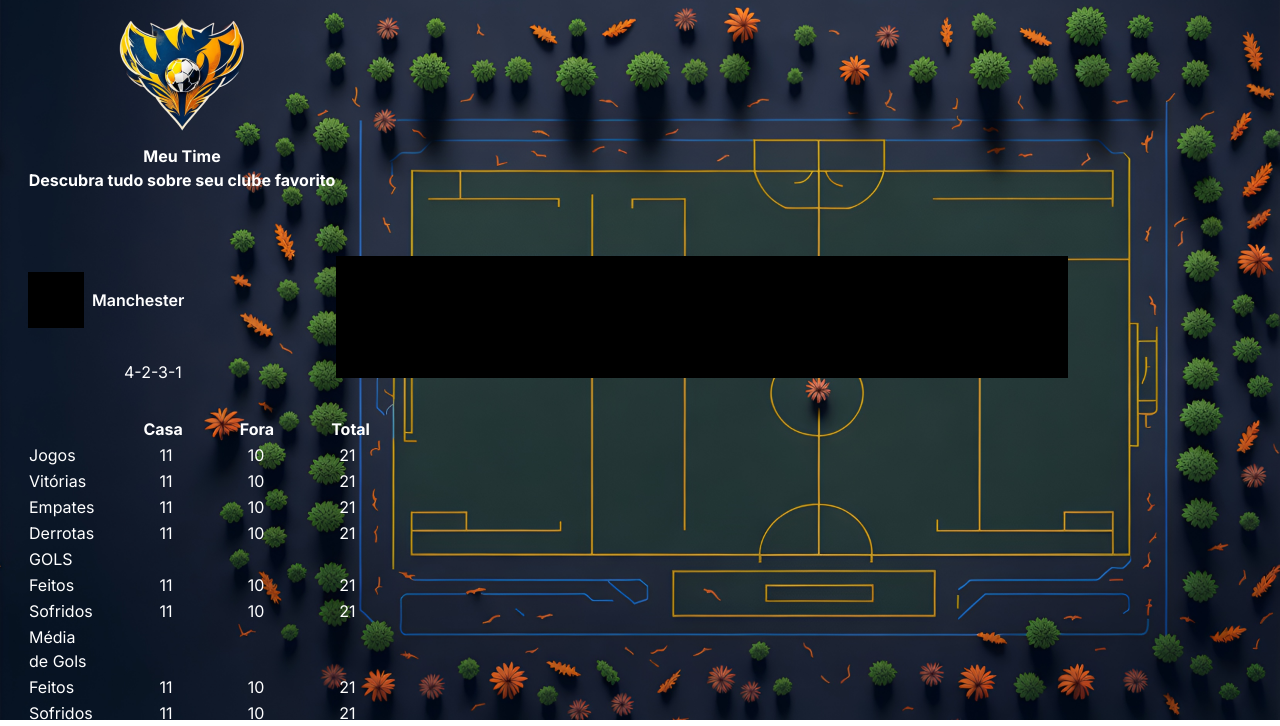
Repository: LuizAGDomingues/MeuTimeApp
Page: /statistics
The author's editor kept a copy of each file at every save. The page is drawn from the files as they stood at one save, then again after the next save.
The browser window is 1280 px wide. The pictures show the whole page.
The project was rebuilt for these pictures with package versions that can differ from the ones it lists, and the page was loaded fresh each time. The framework's server and built-in components were replaced by stand-ins that run in the browser. Also part of the build but not shown: next.config.js.

Above is the page before, as saved 2023-05-26 14:17:54.

After the next save:
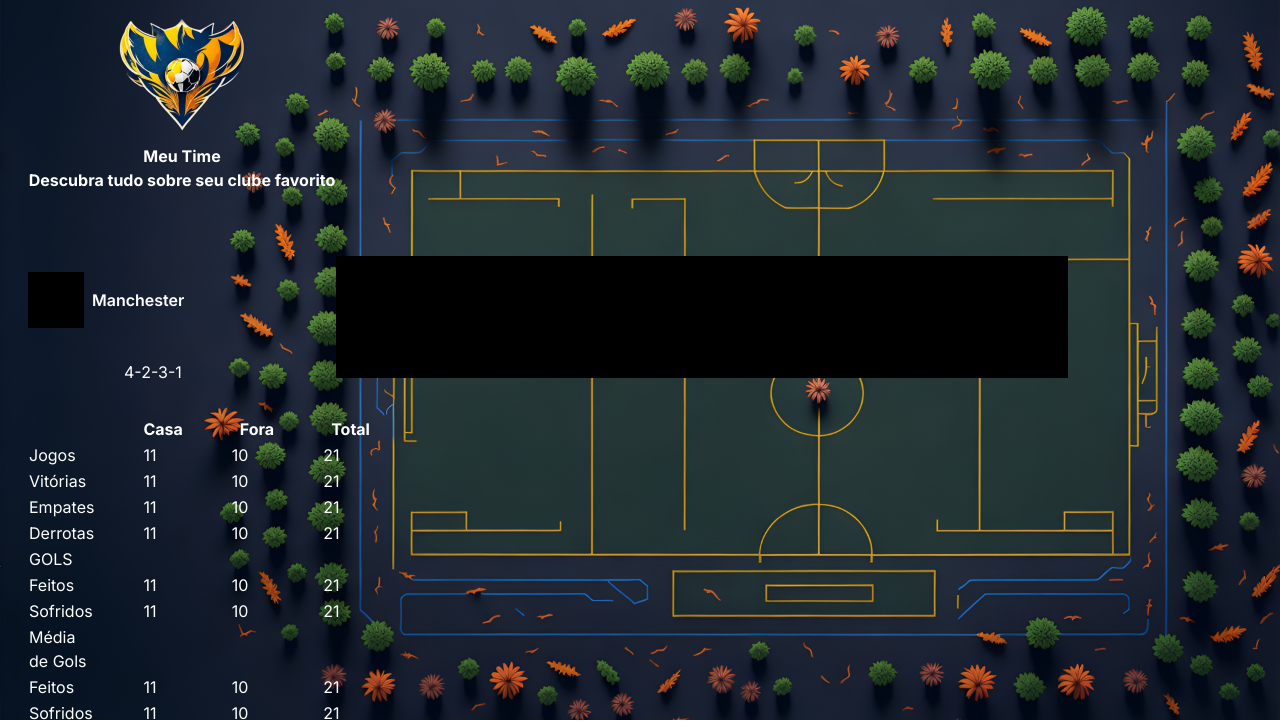
Saved 22 s later.
--- a/src/app/statistics/page.tsx
+++ b/src/app/statistics/page.tsx
@@ -72,27 +72,27 @@ function page() {
             <tbody>
               <tr>
                 <td>Jogos</td>
-                <td className="pl-16">11</td>
-                <td className="pl-16">10</td>
-                <td className="pl-16">21</td>
+                <td className="pl-12">11</td>
+                <td className="pl-12">10</td>
+                <td className="pl-12">21</td>
               </tr>
               <tr>
                 <td>Vitórias</td>
-                <td className="pl-16">11</td>
-                <td className="pl-16">10</td>
-                <td className="pl-16">21</td>
+                <td className="pl-12">11</td>
+                <td className="pl-12">10</td>
+                <td className="pl-12">21</td>
               </tr>
               <tr>
                 <td>Empates</td>
-                <td className="pl-16">11</td>
-                <td className="pl-16">10</td>
-                <td className="pl-16">21</td>
+                <td className="pl-12">11</td>
+                <td className="pl-12">10</td>
+                <td className="pl-12">21</td>
               </tr>
               <tr>
                 <td>Derrotas</td>
-                <td className="pl-16">11</td>
-                <td className="pl-16">10</td>
-                <td className="pl-16">21</td>
+                <td className="pl-12">11</td>
+                <td className="pl-12">10</td>
+                <td className="pl-12">21</td>
               </tr>
 
               <tr>
@@ -100,15 +100,15 @@ function page() {
               </tr>
               <tr>
                 <td>Feitos</td>
-                <td className="pl-16">11</td>
-                <td className="pl-16">10</td>
-                <td className="pl-16">21</td>
+                <td className="pl-12">11</td>
+                <td className="pl-12">10</td>
+                <td className="pl-12">21</td>
               </tr>
               <tr>
                 <td>Sofridos</td>
-                <td className="pl-16">11</td>
-                <td className="pl-16">10</td>
-                <td className="pl-16">21</td>
+                <td className="pl-12">11</td>
+                <td className="pl-12">10</td>
+                <td className="pl-12">21</td>
               </tr>
 
               <tr>
@@ -116,15 +116,15 @@ function page() {
               </tr>
               <tr>
                 <td>Feitos</td>
-                <td className="pl-16">11</td>
-                <td className="pl-16">10</td>
-                <td className="pl-16">21</td>
+                <td className="pl-12">11</td>
+                <td className="pl-12">10</td>
+                <td className="pl-12">21</td>
               </tr>
               <tr>
                 <td>Sofridos</td>
-                <td className="pl-16">11</td>
-                <td className="pl-16">10</td>
-                <td className="pl-16">21</td>
+                <td className="pl-12">11</td>
+                <td className="pl-12">10</td>
+                <td className="pl-12">21</td>
               </tr>
             </tbody>
           </table>
